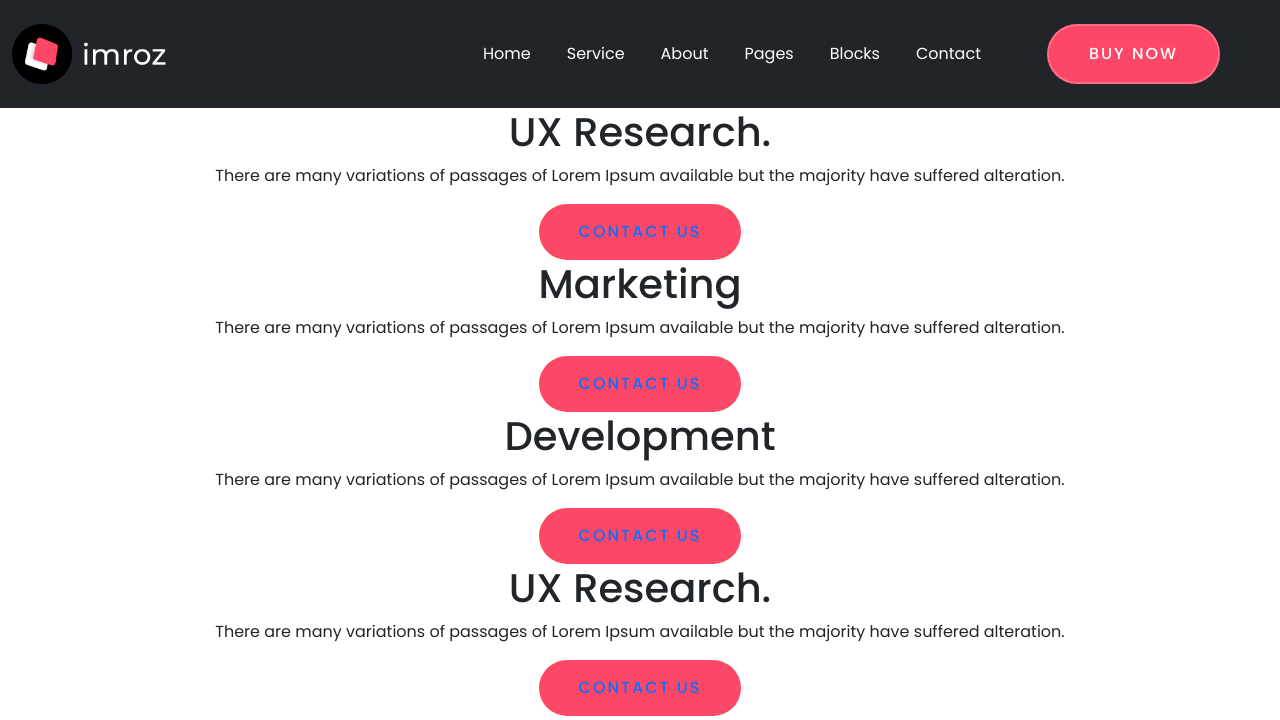
Repository: minhtrivu6199/imroz
Page: index.html
The author's editor kept a copy of each file at every save. The page is drawn from the files as they stood at one save, then again after the next save.
The browser window is 1280 px wide. The pictures show the whole page.
The pointer rests on the first visible `a.btn-default`.
Some web libraries are served in a nearby version.

Above is the page before, as saved 2022-09-18 15:35:53.
Console error: ReferenceError: jQuery is not defined

After the next save:
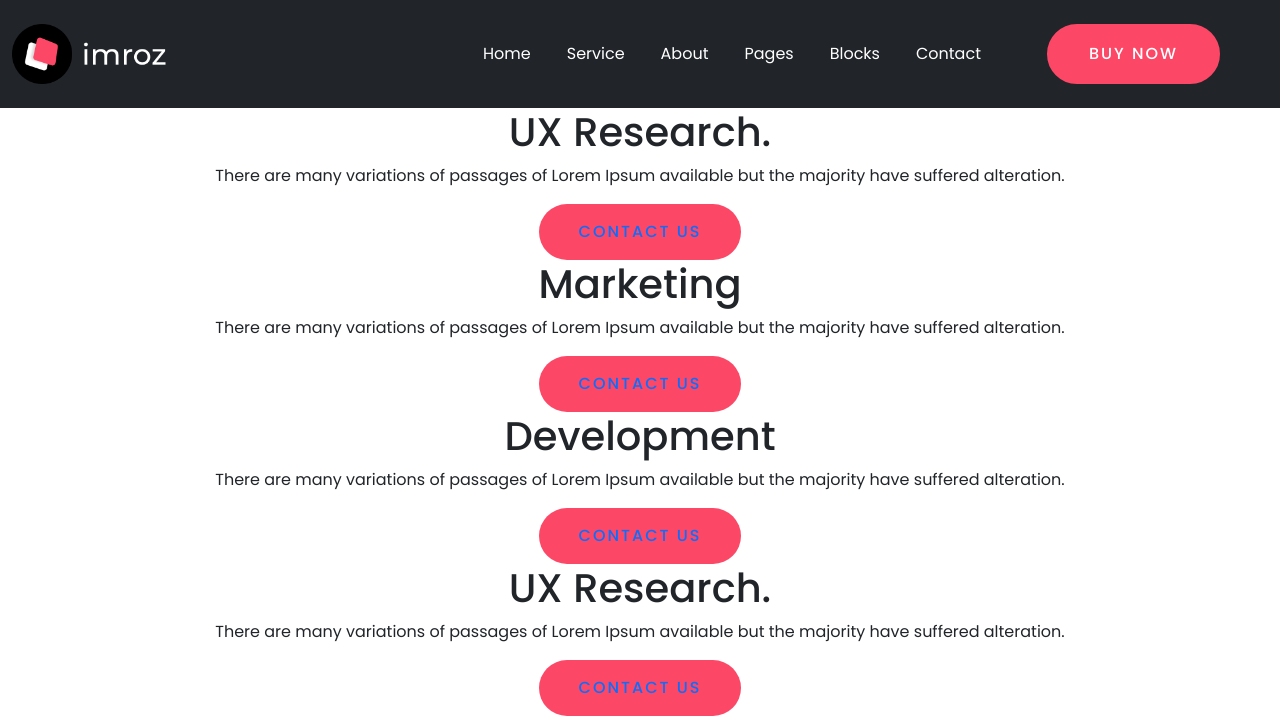
Saved 3 min 34 s later.
--- a/css/style.css
+++ b/css/style.css
@@ -32,7 +32,7 @@
 a.btn-default:hover,button.btn-default:hover {
     transition: all 0.4s ease-in-out;
     background: transparent;
-    border-color: #FD4766;
+    border-color: #FD4766 !important;
     color: #FD4766;
 }
 

After the save that followed:
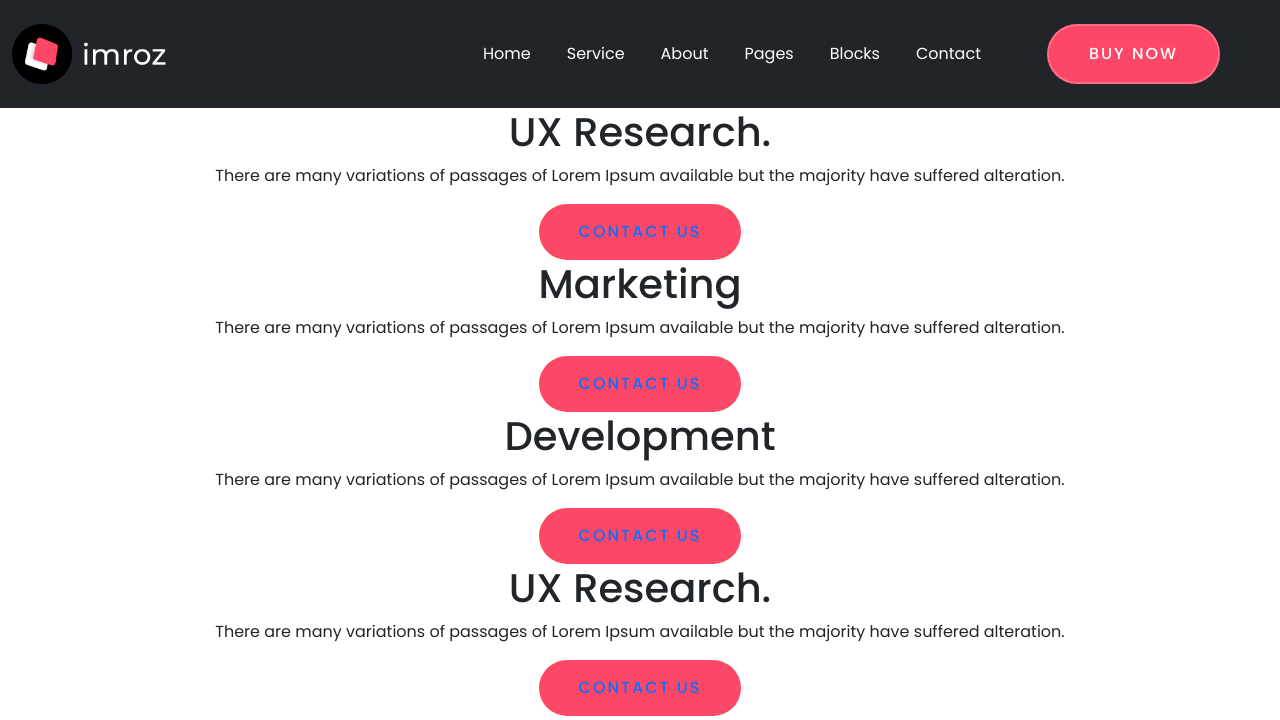
Saved 25 s later.
--- a/css/style.css
+++ b/css/style.css
@@ -32,7 +32,7 @@
 a.btn-default:hover,button.btn-default:hover {
     transition: all 0.4s ease-in-out;
     background: transparent;
-    border-color: #FD4766 !important;
+    border-color: #FD4766;
     color: #FD4766;
 }
 
